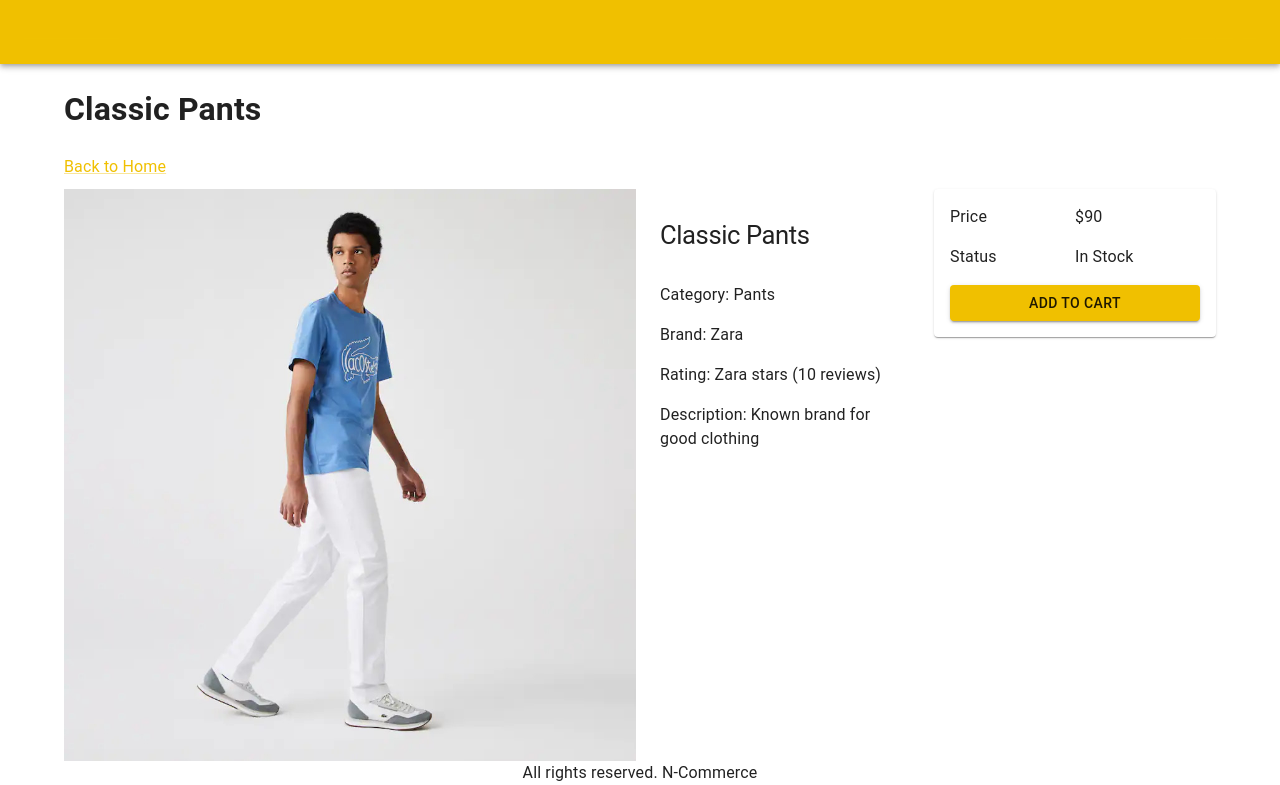
Repository: AK0493/Next-Commerce
Page: /product/classic-pants
The author's editor kept a copy of each file at every save. The page is drawn from the files as they stood at one save, then again after the next save.
The browser window is 1280 px wide. The pictures show the whole page.
The project was rebuilt for these pictures with package versions that can differ from the ones it lists, and the page was loaded fresh each time. The framework's server and built-in components were replaced by stand-ins that run in the browser. Also part of the build but not shown: next.config.js.

Above is the page before, as saved 2022-02-07 17:30:18.

After the next save:
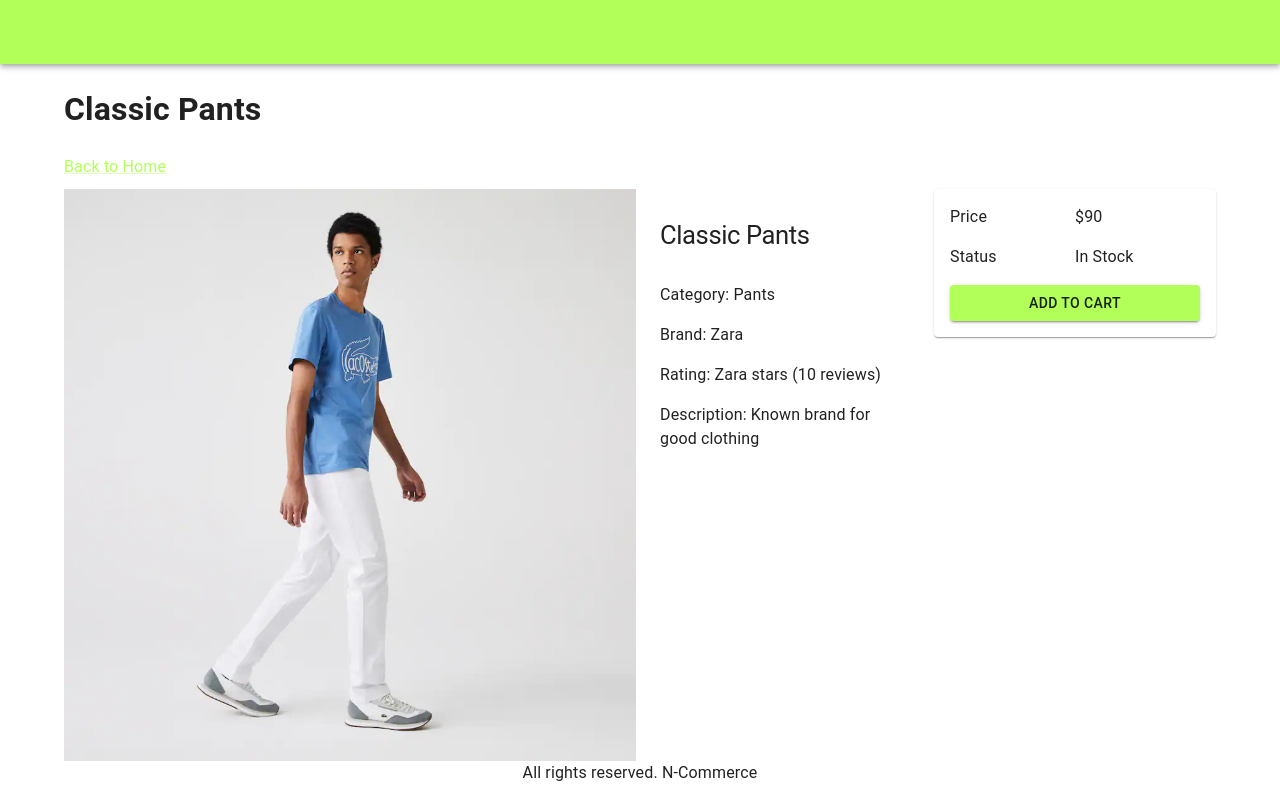
Saved 19 s later.
--- a/components/Layout.js
+++ b/components/Layout.js
@@ -30,7 +30,7 @@
     palette: {
       type: 'light',
       primary: {
-        main: '#f0c000',
+        main: '#B2FF59',
       },
       secondary: {
         main: '#76FF03',
